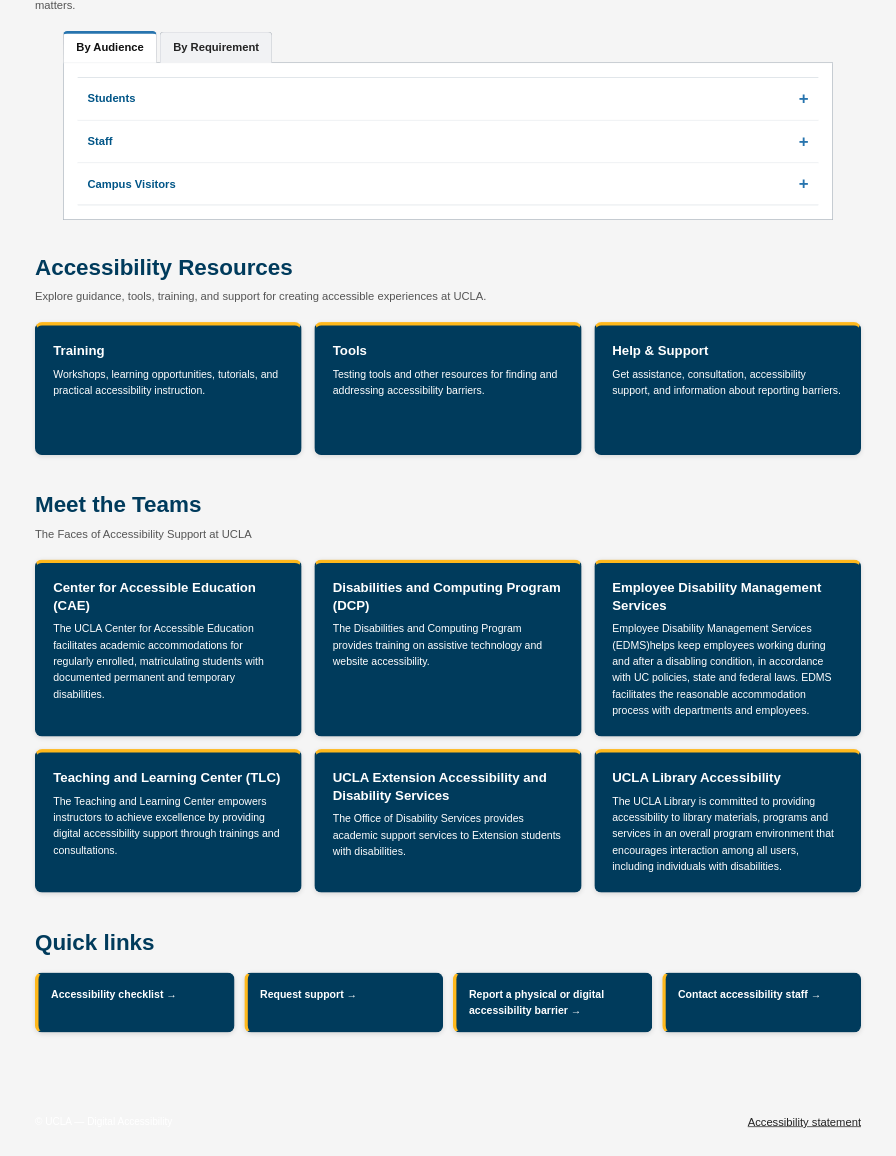
Repository: PSunnywell/UCLA-A11y-barrier-page
Page: index_tabs_with_accordions.html
An editor plug-in stored every save of this project. The page is shown before and after the next save, followed by the edit.
The browser window is 1280 px wide. The pictures show the part of the page from y = 943 to 2863 px (the page is 2594 px tall before and 2863 px after), at 70% of full size.

Above is the page before, as saved 2026-10-13 17:30:42.
Not found: search.js

### index_tabs_with_accordions.html
<!DOCTYPE html>
<html lang="en">
<head>
  <meta charset="UTF-8">
  <meta name="viewport" content="width=device-width, initial-scale=1.0">
  <meta name="description" content="Accessibility Resources for UCLA">
  <title>Accessibility Resources</title>
  <link rel="stylesheet" href="styles.css">
  <style>
    /* Classic attached tabs, styled to match the reference image. */
    .requirements-tabs { max-width: 1100px; margin: 1.5rem auto 3rem; font-family: inherit; }
    .requirements-tablist { display: flex; align-items: flex-end; flex-wrap: wrap; gap: 4px; padding: 0; border-bottom: 1px solid #aeb6bf; }
    .requirements-tab { appearance: none; border: 1px solid #b5bac1; border-bottom: 0; border-radius: 6px 6px 0 0; background: #f1f2f4; color: #242424; font: inherit; font-weight: 600; font-size: 1rem; line-height: 1.3; padding: 12px 18px; margin: 0 0 -1px; cursor: pointer; }
    .requirements-tab[aria-selected="true"] { background: #fff; color: #111; border-top: 4px solid #2774ae; padding-top: 9px; border-bottom: 1px solid #fff; position: relative; z-index: 1; }
    .requirements-tab:hover:not([aria-selected="true"]) { background: #e5edf4; }
    .requirements-tab:focus-visible { outline: 3px solid #005587; outline-offset: 2px; z-index: 2; }
    .requirements-tabs > .requirements-panel { border: 1px solid #aeb6bf; border-top: 0; padding: 20px; background: #fff; }
    /* Simple accordion rows inside each top-level tab. */
    .requirements-accordion { border-bottom: 1px solid #c9d1d8; }
    .requirements-accordion:first-child { border-top: 1px solid #c9d1d8; }
    .requirements-accordion summary { cursor: pointer; list-style: none; display: flex; align-items: center; justify-content: space-between; gap: 1rem; padding: 17px 14px; font-weight: 600; color: #005587; background: #fff; }
    .requirements-accordion summary::-webkit-details-marker { display: none; }
    .requirements-accordion summary::after { content: "+"; font-size: 1.5rem; line-height: 1; color: #2774ae; }
    .requirements-accordion[open] summary::after { content: "−"; }
    .requirements-accordion summary:hover { background: #f3f8fc; }
    .requirements-accordion summary:focus-visible { outline: 3px solid #005587; outline-offset: -3px; }
    .requirements-accordion-content { padding: 0 14px 16px; }
    .requirements-panel[hidden] { display: none; }
    .requirements-panel p { line-height: 1.65; max-width: 72ch; margin: 0 0 .8rem; }
    .requirements-panel h3 { color: #005587; margin: 0 0 .65rem; font-size: 1.2rem; }
    @media (max-width: 600px) { .requirements-tab { padding: 10px 12px; font-size: .9rem; } .requirements-tab[aria-selected="true"] { padding-top: 7px; } .requirements-tabs > .requirements-panel { padding: 14px; } }
  </style>
</head>
<body>
  <a class="skip-link" href="#main-content">Skip to main content</a>

  <header class="site-header">
    <div class="header-inner">
      <a class="site-brand" href="ucla.edu" aria-label="UCLA home">
        <img class="site-brand-logo" src="images/logo_UCLA_blue_boxed.png" alt="UCLA">

      </a>
      <nav class="primary-nav" aria-label="Primary navigation">

        <ul>
          <li><a href="https://newsroom.ucla.edu/">Newsroom</a></li>
          <li><a href="training.html">Training</a></li>
          <li><a href="contact.html">Contact</a></li>
        </ul>
      </nav>
    </div>

    <div class="site-search-row">
      <search class="site-search" role="search">
        <form action="search.html" method="get">
          <label for="site-search-input">Search the site</label>
          <input id="site-search-input" name="q" type="search" placeholder="Search the site" autocomplete="off">
          <button type="submit">Search</button>
        </form>
      </search>
    </div>
  </header>


  <!-- =======================================================
       HERO
       ======================================================= -->

  <section class="hero" aria-labelledby="page-title">

    <div class="hero-inner">

            <h1 id="page-title">
       Building a More Accessible Community
      </h1>

      <p>At UCLA, accessibility is essential to creating a community where everyone feels welcome, respected, and empowered to participate fully.</p>

<p>Guided by our True Bruin Value of Belonging, we strive to build an inclusive environment that recognizes and respects the diverse identities, experiences, and abilities of our campus community. Accessibility goes beyond removing barriers and meeting legal requirements. It is about creating meaningful opportunities for everyone to learn, work, connect, and thrive.</p>

<p>Through our shared commitment to accessibility, we help build a UCLA where everyone has the opportunity to participate, contribute, and belong.</p>


    </div>

  </section>


  <!-- =======================================================
       MAIN
       ======================================================= -->

  <main id="main-content">


    <!-- =====================================================
         PRIMARY RESOURCE CARDS
         ===================================================== -->

    <section aria-labelledby="requirements-heading">

      <div class="section-heading">
        <h2 id="requirements-heading">Understanding Accessibility Requirements</h2>
        <p>Accessibility laws, university policies, and technical standards help create equitable access to UCLA's programs, services, and digital experiences. Explore what each means, who it applies to, and why it matters.</p>
      </div>

      <!-- Two main tabs; each contains three native HTML accordions. -->
      <div class="requirements-tabs">
        <div class="requirements-tablist" role="tablist" aria-label="Browse accessibility requirements">
          <button type="button" class="requirements-tab" id="tab-audience" role="tab" aria-selected="true" aria-controls="panel-audience" tabindex="0">By Audience</button>
          <button type="button" class="requirements-tab" id="tab-requirement" role="tab" aria-selected="false" aria-controls="panel-requirement" tabindex="-1">By Requirement</button>
        </div>

        <div class="requirements-panel" id="panel-audience" role="tabpanel" aria-labelledby="tab-audience" tabindex="0">
          <details class="requirements-accordion">
            <summary>Students</summary>
            <div class="requirements-accordion-content">
              <p>Explore accessibility rights, accommodations, and resources that support participation in courses, campus programs, and university life.</p>
            </div>
          </details>
          <details class="requirements-accordion">
            <summary>Staff</summary>
            <div class="requirements-accordion-content">
              <p>Learn about accessibility responsibilities and support for university workplaces, services, communications, and digital content.</p>
            </div>
          </details>
          <details class="requirements-accordion">
            <summary>Campus Visitors</summary>
            <div class="requirements-accordion-content">
              <p>Find information about access to campus spaces, events, programs, and services when visiting UCLA.</p>
            </div>
          </details>
        </div>
        <div class="requirements-panel" id="panel-requirement" role="tabpanel" aria-labelledby="tab-requirement" tabindex="0" hidden>
          <details class="requirements-accordion">
            <summary>Laws &amp; Regulations</summary>
            <div class="requirements-accordion-content">
              <p>Federal and state requirements, including the ADA and Section 504, establish rights and obligations related to equal access and nondiscrimination.</p>
            </div>
          </details>
          <details class="requirements-accordion">
            <summary>UC Policies</summary>
            <div class="requirements-accordion-content">
              <p>University of California policies describe institutional expectations, responsibilities, and procedures. Check each policy for its scope and applicability.</p>
            </div>
          </details>
          <details class="requirements-accordion">
            <summary>Standards</summary>
            <div class="requirements-accordion-content">
              <p>Technical criteria, such as the Web Content Accessibility Guidelines (WCAG), help teams design and evaluate accessible experiences. Applicable requirements determine which standards are mandatory.</p>
            </div>
          </details>
        </div>
      </div>

      <div class="section-heading">
        <h2 id="resources-heading">Accessibility Resources</h2>
        <p>Explore guidance, tools, training, and support for creating accessible experiences at UCLA.</p>
      </div>

      <div class="card-grid">

        <!-- CARD 1 -->
        <a
          class="resource-card is-dark"
          href="accessible-course-materials1004.html"
        >
          <h3>
           Training
          </h3>

          <p>
             Workshops, learning opportunities, tutorials,
            and practical accessibility instruction.
          </p>
        </a>

        <!-- CARD 2 -->
        <a
          class="resource-card is-dark"
          href="tools.html"
        >
          <h3>
            Tools
          </h3>

          <p>
            Testing tools and other resources for finding
            and addressing accessibility barriers.
          </p>
        </a>

        <!-- CARD 3 -->
        <a
          class="resource-card is-dark"
          href="support.html" >
          <h3>
            Help & Support
          </h3>

          <p>
            Get assistance, consultation, accessibility
            support, and information about reporting barriers.
          </p>
        </a>


      </div>

    </section>
<br>
<br>

    <!-- =====================================================
         FEATURED CONTENT
         ===================================================== -->
 <div class="section-heading">
        <h2 id="resources-heading">Meet the Teams</h2>
        <p>The Faces of Accessibility Support at UCLA</p>
      </div>

      <div class="card-grid">

        <!-- CARD 1 -->
        <a
          class="resource-card is-dark"
          href="cae.html"
        >
          <h3>
           Center for Accessible Education (CAE)
          </h3>

          <p>
            The UCLA Center for Accessible Education facilitates academic accommodations for regularly enrolled, matriculating students with documented permanent and temporary disabilities.
          </p>
        </a>

        <!-- CARD 2 -->
        <a
          class="resource-card is-dark"
          href="dcp.html"
        >
          <h3>
           Disabilities and Computing Program (DCP)
          </h3>

          <p>
           The Disabilities and Computing Program provides training on assistive technology and website accessibility.
          </p>
        </a>

   <!-- CARD 3 -->
        <a
          class="resource-card is-dark"
          href="edms.html" >
          <h3>Employee Disability Management Services
          </h3>

          <p>
            Employee Disability Management Services (EDMS)helps keep employees working during and after a disabling condition, in accordance with UC policies, state and federal laws. EDMS facilitates the reasonable accommodation process with departments and employees.
          </p>
        </a>

         <!-- CARD 4 -->
        <a
          class="resource-card is-dark"
          href="TLC.html" >
          <h3>Teaching and Learning Center (TLC)
          </h3>

          <p>
            The Teaching and Learning Center empowers instructors to achieve excellence by providing digital accessibility support through trainings and consultations.
          </p>
        </a>

         <!-- CARD 5 -->
        <a
          class="resource-card is-dark"
          href="ext.html" >
          <h3>UCLA Extension Accessibility and Disability Services
          </h3>

          <p>
            The Office of Disability Services provides academic support services to Extension students with disabilities.
          </p>
        </a>

        <!-- CARD 6 -->
        <a
          class="resource-card is-dark"
          href="library.html" >
          <h3>
            UCLA Library Accessibility
          </h3>

          <p>
            The UCLA Library is committed to providing accessibility to library materials, programs and services in an overall program environment that encourages interaction among all users, including individuals with disabilities.
          </p>
        </a>

      </div>

    </section>
<br>
<br>

    <!-- =====================================================
         QUICK LINKS
         ===================================================== -->

    <section aria-labelledby="quick-heading">

      <div class="section-heading">

        <h2 id="quick-heading">
          Quick links
        </h2>

      </div>


      <div class="quick-links">

        <a
          class="quick-link"
          href="checklist.html"
        >
          Accessibility checklist →
        </a>

        <a
          class="quick-link"
          href="request-support.html"
        >
          Request support →
        </a>

        <a
          class="quick-link"
          href="report-barrier.html"
        >
          Report a physical or digital accessibility barrier →
        </a>

        <a
          class="quick-link"
          href="contact.html"
        >
          Contact accessibility staff →
        </a>

      </div>

    </section>

  </main>


  <!-- =======================================================
       FOOTER
       ======================================================= -->

  <footer>

    <div class="footer-inner">

      <p>
        © UCLA — Digital Accessibility
      </p>

      <a
        class="footer-link"
        href="accessibility.html"
      >
        Accessibility statement
      </a>

    </div>

  </footer>

<script src="search.js" defer></script>
  <script>
    // Accessible keyboard navigation for the two main tabs.
    document.querySelectorAll('.requirements-tablist').forEach(tablist => {
      const tabs = Array.from(tablist.querySelectorAll(':scope > [role="tab"]'));
      function activate(tab, moveFocus = false) {
        tabs.forEach(item => {
          const selected = item === tab;
          item.setAttribute('aria-selected', String(selected));
          item.tabIndex = selected ? 0 : -1;
          document.getElementById(item.getAttribute('aria-controls')).hidden = !selected;
        });
        if (moveFocus) tab.focus();
      }
      tabs.forEach((tab, index) => {
        tab.addEventListener('click', () => activate(tab));
        tab.addEventListener('keydown', event => {
          let next;
          if (event.key === 'ArrowRight') next = (index + 1) % tabs.length;
          else if (event.key === 'ArrowLeft') next = (index - 1 + tabs.length) % tabs.length;
          else if (event.key === 'Home') next = 0;
          else if (event.key === 'End') next = tabs.length - 1;
          else return;
          event.preventDefault();
          activate(tabs[next], true);
        });
      });
    });
  </script>
</body>
</html>

Loaded but not shown: styles.css (312 lines, source omitted)

After the next save:
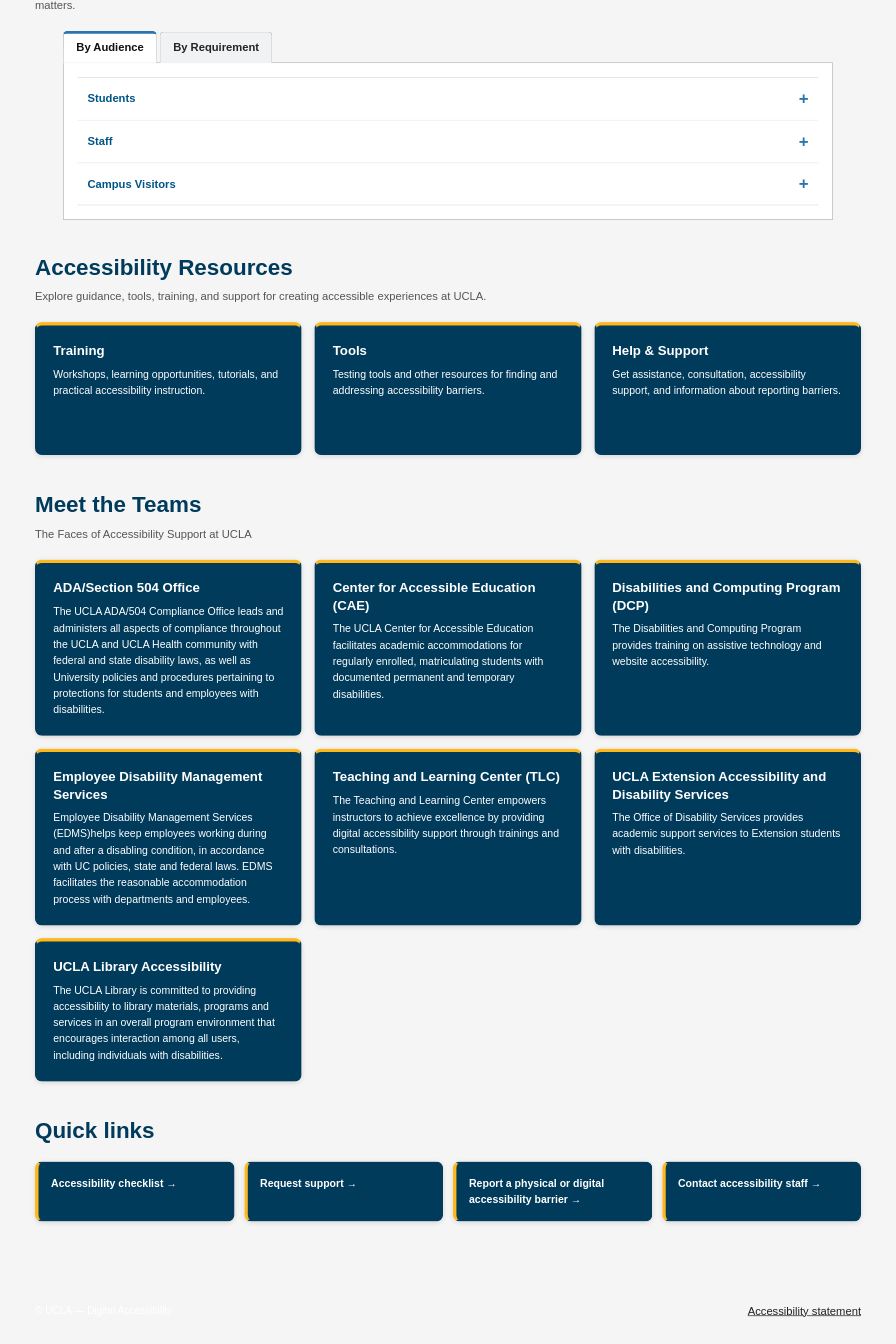
Saved 2 min 4 s later.
--- a/index_tabs_with_accordions.html
+++ b/index_tabs_with_accordions.html
@@ -221,6 +221,21 @@
 
       <div class="card-grid">
 
+        <!-- CARD 0 -->
+        <a
+          class="resource-card is-dark"
+          href="ADA.html"
+        >
+          <h3>
+          ADA/Section 504 Office
+          </h3>
+
+          <p>
+            The UCLA ADA/504 Compliance Office leads and administers all aspects of compliance throughout the UCLA and UCLA Health community with federal and state disability laws, as well as University policies and procedures pertaining to protections for students and employees with disabilities.
+          </p>
+        </a>
+
+
         <!-- CARD 1 -->
         <a
           class="resource-card is-dark"
